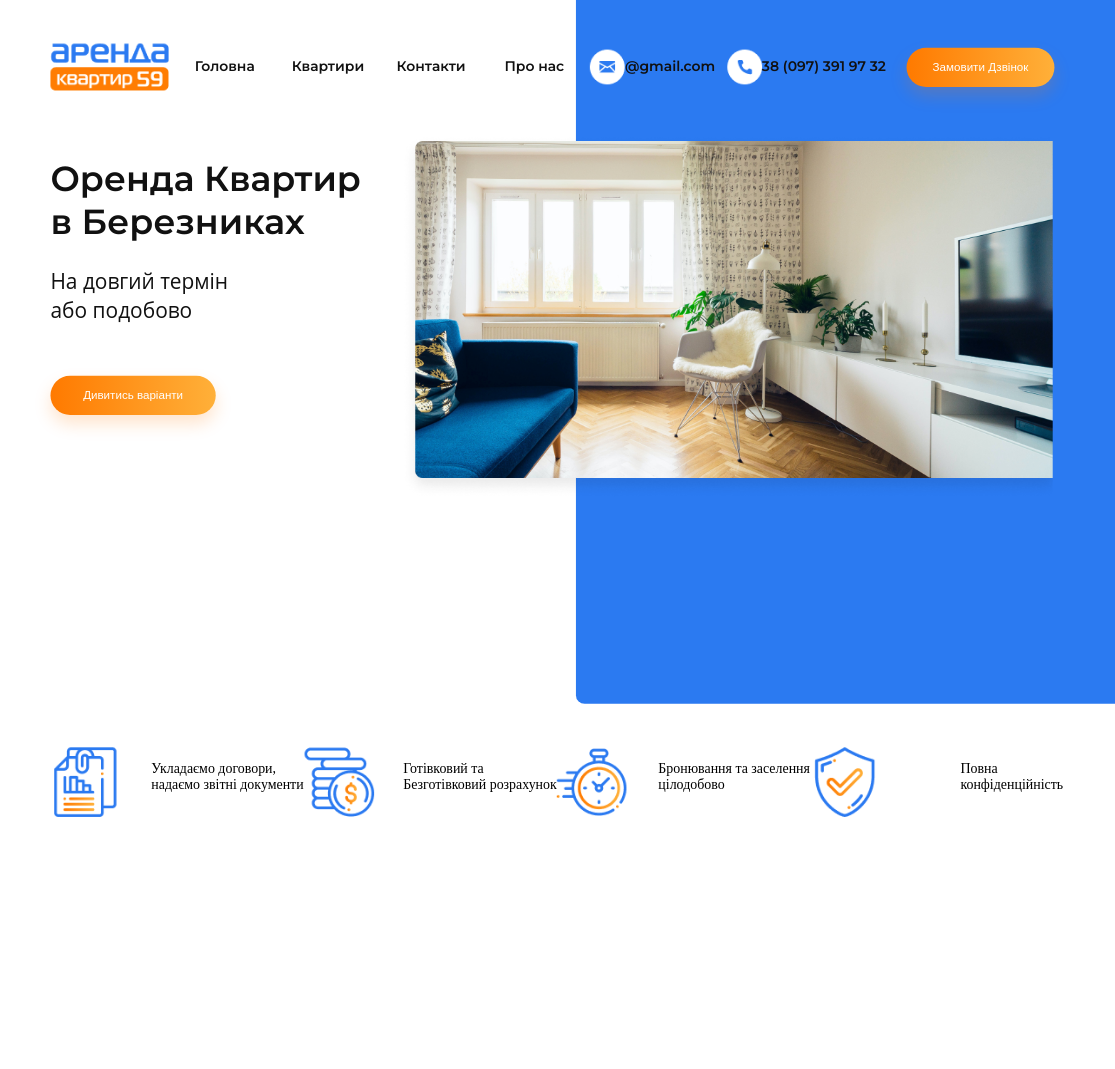
Repository: batonAnton/HW-7-grid
Page: index.html
These files come from the project's save history. The page is drawn as it stood at one moment and after the next save; the edit follows.
The browser window is 1280 px wide. The page is 1282 px wide, so the pictures cover 1282 px, including what lies to the right of the window. The pictures show the whole page, at 87% of full size.

Above is the page before, as saved 2022-06-25 18:43:48.

### index.html
<!DOCTYPE html>
<html lang="en">
<head>
    <meta charset="UTF-8">
    <meta http-equiv="X-UA-Compatible" content="IE=edge">
    <meta name="viewport" content="width=device-width, initial-scale=1.0">
    <link rel="preconnect" href="https://fonts.googleapis.com">
    <link rel="preconnect" href="https://fonts.gstatic.com" crossorigin>
    <link href="https://fonts.googleapis.com/css2?family=Montserrat:wght@600&display=swap" rel="stylesheet">
    <link rel="stylesheet" href="./css/styles2.css">
    <title>Grid</title>
</head>

        <div  class="wrapper allstyles">
            <header>
                <img src="./images/logo.png" alt="logo">
                <a href="" class="menu">Головна</a>
                <a href="" class="menu">Квартири</a>
                <a href="" class="menu">Контакти</a>
                <a href="" class="menu">Про нас</a>

                <div class="item mail">
                    <img src="./images/email.png" alt="email">
                    <p>@gmail.com</p>
                </div>
                <div class="item phone">
                    <img src="./images/phone.png" alt="phone">
                    <p>38 (097) 391 97 32</p>
                </div>
                <div class="item btn">
                        <button>Замовити Дзвінок </button>
                </div>
            </header>
            </div>





            <div class=" wrapper2  allstyles">
                <div class="info">
                    <h1>Оренда Квартир <br> в Березниках</h1>
                    <p>На довгий термін <br> або подобово</p>
                    <button class="btn">Дивитись варіанти</button>
                </div>
                <div class="blueblock"></div>

                <div class="banner">

                </div>
            </div>
        </div>


    <div class="wrapper3 allstyles">
         <div class="block1">
             <img src="./images/header 1.1.png" alt="img">
             <p>
                Укладаємо договори, <br> надаємо звітні документи
             </p>
         </div>
         <div class="block2">
            <img src="./images/header 1.2.png" alt="img">
            <p>
                Готівковий та <br>
                Безготівковий розрахунок
            </p>
         </div>
         <div class="block3">
            <img src="./images/header 1.3.png" alt="img">
            <p>
                Бронювання та заселення <br> цілодобово
            </p>

         </div>
         <div class="block4">
            <img src="./images/header 1.4.png" alt="img">
            <p>
                Повна <br> конфіденційність
            </p>
         </div>
    </div>









</body>
</html>

### css/styles2.css
* {
  box-sizing: border-box;
}

.allstyles {
  margin: 50px 50px;
}

header {
  display: grid;
  gap: 10px;
  grid-template-columns: repeat(8, 1fr);
  grid-template-rows: 1fr;
  z-index: 1;
}

.wrapper {
  display: flex;
  justify-content: space-between;
}

.menu {
  font-family: "Montserrat", sans-serif;
  font-style: normal;
  font-weight: 600;
  font-size: 16px;
  line-height: 20px;
  text-decoration: none;
  color: #111111;
  transition: all 1s;
}

.menu:hover {
  text-decoration: underline;
}

.phone,
.mail {
  font-family: "Montserrat", sans-serif;
  font-style: normal;
  font-weight: 600;
  font-size: 16px;
  line-height: 20px;
  text-decoration: none;
  color: #111111;
  transition: all 1s;
}

.menu,
.phone,
.mail,
.btn {
  justify-content: center;
  align-items: center;
  display: flex;
}

.phone,
.btn {
  width: 190px;
}

.btn button {
  padding: 15px 30px;
  color: #fff;
  background: linear-gradient(89.77deg, #ff7a00 0.2%, #ffb039 99.82%);
  box-shadow: 0px 10px 20px rgba(255, 122, 0, 0.2);
  border-radius: 25px;
  border: none;
}

.wrapper2 {
  display: grid;
  grid-template-columns: repeat(5, 1fr);
  grid-template-rows: repeat(5, 1fr);
  z-index: 0;
}

.wrapper2 .info {
  grid-column: 1/3;
  grid-row: 1/6;
}

.info h1 {
  font-family: "Montserrat";
  font-style: normal;
  font-weight: 800;
  font-size: 40px;
  line-height: 49px;
  display: flex;
  align-items: center;
  color: #111111;
}

.info p {
  font-family: "Open Sans";
  font-style: normal;
  font-weight: 400;
  font-size: 24px;
  line-height: 33px;
  color: #111111;
}
.wrapper2 .banner {
  grid-column: 3/6;
  grid-row: 1/6;
  background-image: url(../images/bigBanner.png);
  background-repeat: no-repeat;
  background-size: contain;
  height: 420px;
  margin-right: -60px;
}

.wrapper2 .btn {
  margin-top: 60px;
  padding: 15px 30px;
  color: #fff;
  background: linear-gradient(89.77deg, #ff7a00 0.2%, #ffb039 99.82%);
  box-shadow: 0px 10px 20px rgba(255, 122, 0, 0.2);
  border-radius: 25px;
  border: none;
}

.wrapper3 {
  display: grid;
  grid-template-columns: repeat(5, 1fr);
  grid-template-rows: repeat(5, 1fr);
}

.blueblock {
    grid-column: 4/6;
    grid-row: 1/6;
    background: #2b7af1;
    border-radius: 0px 0px 0px 10px;
    margin-top: -155px;
    margin-right: -60px;
    width: 620px;
    height: 810px;
}

.wrapper3{
    display: grid;
    grid-template-columns: repeat(4,1fr);
    grid-template-rows: repeat(4,1fr);
}

.block1, .block2, .block3, .block4{
    display: flex;
    justify-content: space-between;
}

.block1{
    grid-column: 1/2;
}

.block2{
    grid-column: 2/3;
}

.block3{
    grid-column: 3/4;
}

.block4{
    grid-column: 4/5;
}

After the next save:
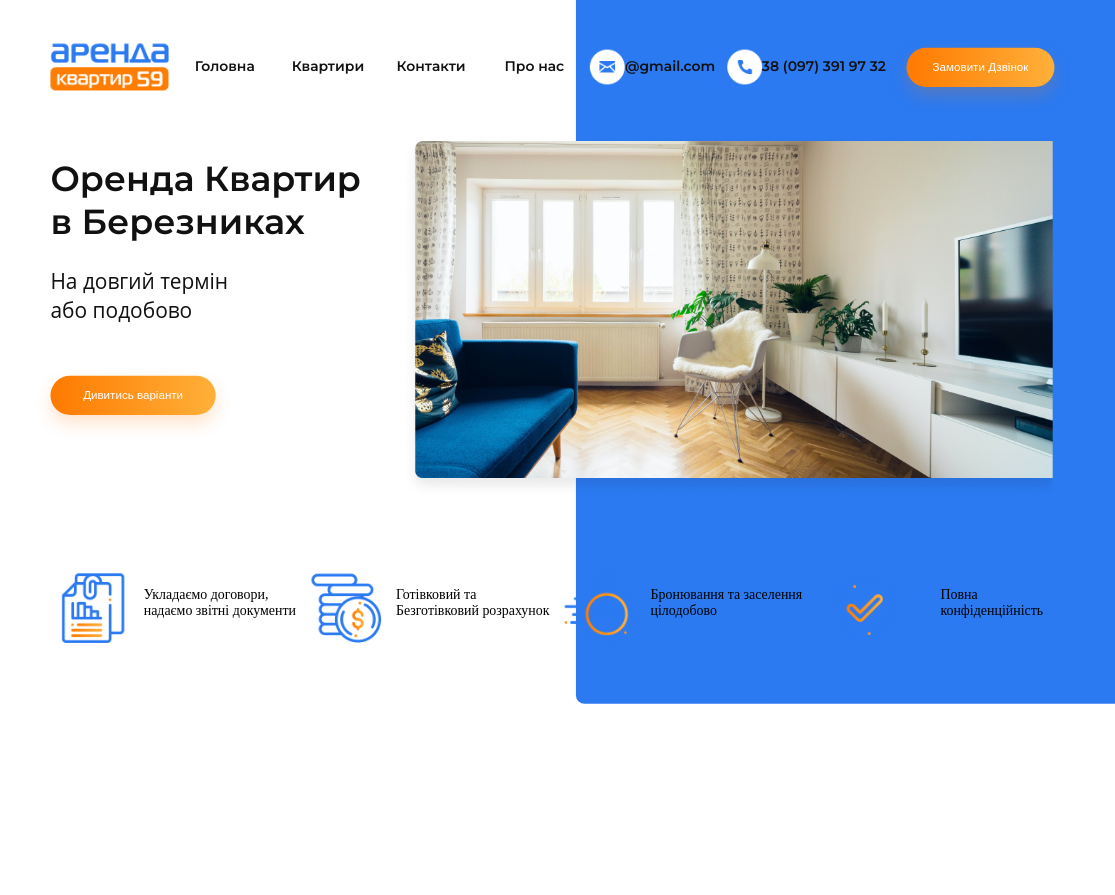
Saved 4 min 49 s later.
--- a/css/styles2.css
+++ b/css/styles2.css
@@ -141,11 +141,22 @@ header {
     display: grid;
     grid-template-columns: repeat(4,1fr);
     grid-template-rows: repeat(4,1fr);
+    margin-top: -200px;
+    z-index: 1;
+}
+
+.block{
+    width: 150px;
+    height: 100px;
+    padding: 30px;
+    background: #FFFFFF;
+    border-radius: 10px;
+    border: 1px solid gray;
 }
 
 .block1, .block2, .block3, .block4{
     display: flex;
-    justify-content: space-between;
+    justify-content: space-around;
 }
 
 .block1{
